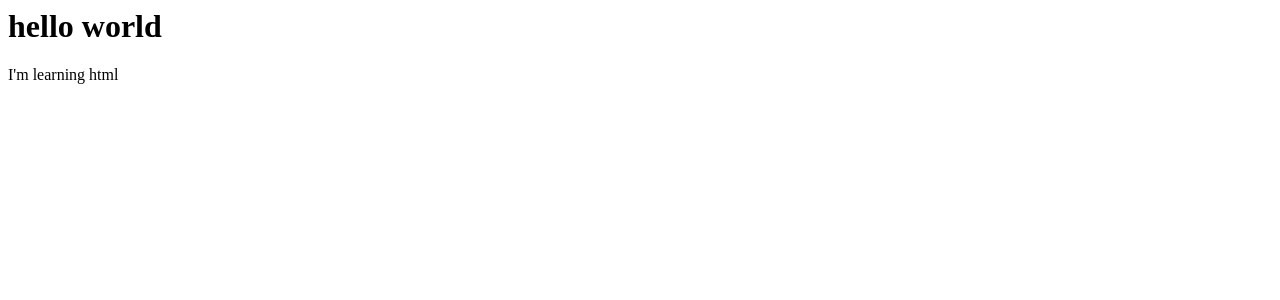
Repository: bao2222/hoc-lam-web
Page: icon.html
An editor plug-in stored every save of this project. The page is shown before and after the next save, followed by the edit.
The browser window is 1280 px wide. The pictures show the whole page.

Above is the page before, as saved 2024-11-17 19:59:37.

### icon.html
<html>
    <head>
        <title>this is website</title>

    </head>
    <body>
        <h1>hello world</h1>
        <p>I'm learning html</p>

    </body>


</html>

After the next save:
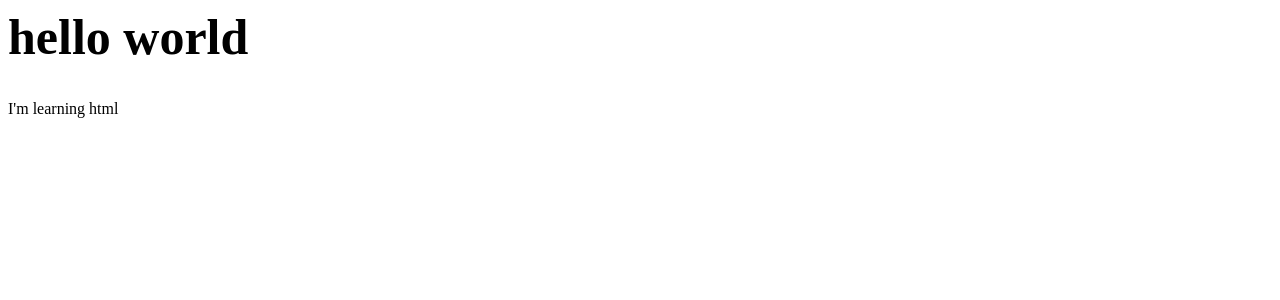
Saved 3 min 53 s later.
--- a/icon.html
+++ b/icon.html
@@ -1,6 +1,11 @@
 <html>
     <head>
         <title>this is website</title>
+        <style>
+            h1 {
+                font-size: 50px;
+            }
+        </style>
 
     </head>
     <body>
